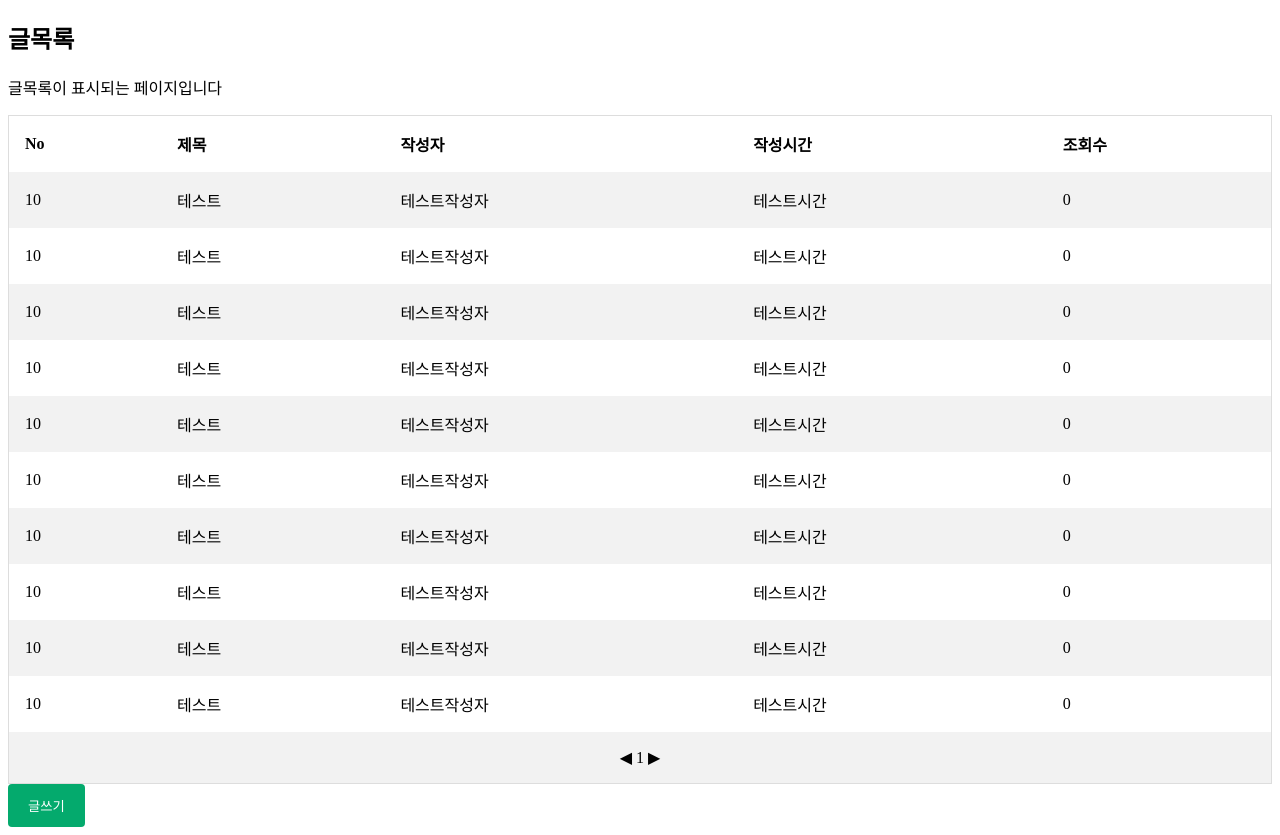
Repository: winterKim927/study_workspace_jsp
Page: http://localhost/PracticeNotice/notice/list.jsp
The author's editor kept a copy of each file at every save. The page is drawn from the files as they stood at one save, then again after the next save.
The browser window is 1280 px wide. The pictures show the whole page.
The page is served by Tomcat 9. Other server files are loaded and not shown. Queries for data that is not in the repository find no rows.

Above is the page before, as saved 2023-01-08 14:18:12.

### PracticeNotice/src/main/webapp/notice/list.jsp
<%@ page contentType="text/html; charset=utf-8"%>
<%@ page import="notice.domain.Notice" %>
<%@ page import="notice.repository.NoticeDAO" %>
<%@ page import="java.util.ArrayList"%>
<%! NoticeDAO dao = new NoticeDAO(); %>
<%
	ArrayList<Notice> list = (ArrayList)dao.selectAll();
	int totalRecord = 83;
	int pageSize = 10;
	int totalPage = (int)Math.round(totalRecord/(float)pageSize);
	int currentPage = 1;
	if(request.getParameter("currentPage")!=null){
		currentPage = Integer.parseInt(request.getParameter("currentPage"));
	}
	int blockSize = 10;
	int firstPage = currentPage - (currentPage%blockSize);
	int lastPage = firstPage + blockSize - 1;
	int curPos = (currentPage-1) * pageSize;
	int num = totalRecord - curPos;
%>
<!DOCTYPE html>
<html>
<head>
<meta name="viewport" content="width=device-width, initial-scale=1">
<style>
	table {
		border-collapse: collapse;
		border-spacing: 0;
		width: 100%;
		border: 1px solid #ddd;
	}
	th, td {
		text-align: left;
		padding: 16px;
	}
	tr:nth-child(even) {
		background-color: #f2f2f2;
	}

	a {
        text-decoration: none;
      }
  	button {
		background-color: #04AA6D;
		color: white;
		padding: 12px 20px;
		border: none;
		border-radius: 4px;
		cursor: pointer;
	}

	button:hover {
		background-color: #45a049;
	}

</style>
<script src="https://ajax.googleapis.com/ajax/libs/jquery/3.6.1/jquery.min.js"></script>
<script>


	function writeNew(){
		$("button").click(function(){
			location.href="write.html";
		});
	}

	$(function() {
		writeNew();
	})
</script>
</head>
<body>
	<h2>글목록</h2>
	<p>글목록이 표시되는 페이지입니다</p>
	<table>
		<tr>
			<th>No</th>
			<th>제목</th>
			<th>작성자</th>
			<th>작성시간</th>
			<th>조회수</th>
		</tr>
		<%for(int i = 0; i<pageSize; i++){ %>
		<tr>
			<td>10</td>
			<td>테스트</a></td>
			<td>테스트작성자</td>
			<td>테스트시간</td>
			<td>0</td>
		</tr>
		<%}%>
		<tr>
			<td colspan="5" style="text-align: center">
				<a>◀</a>
				1
				<a>▶</a>
			</td>
		</tr>
	</table>
	<button>글쓰기</button>

</body>
</html>

After the next save:
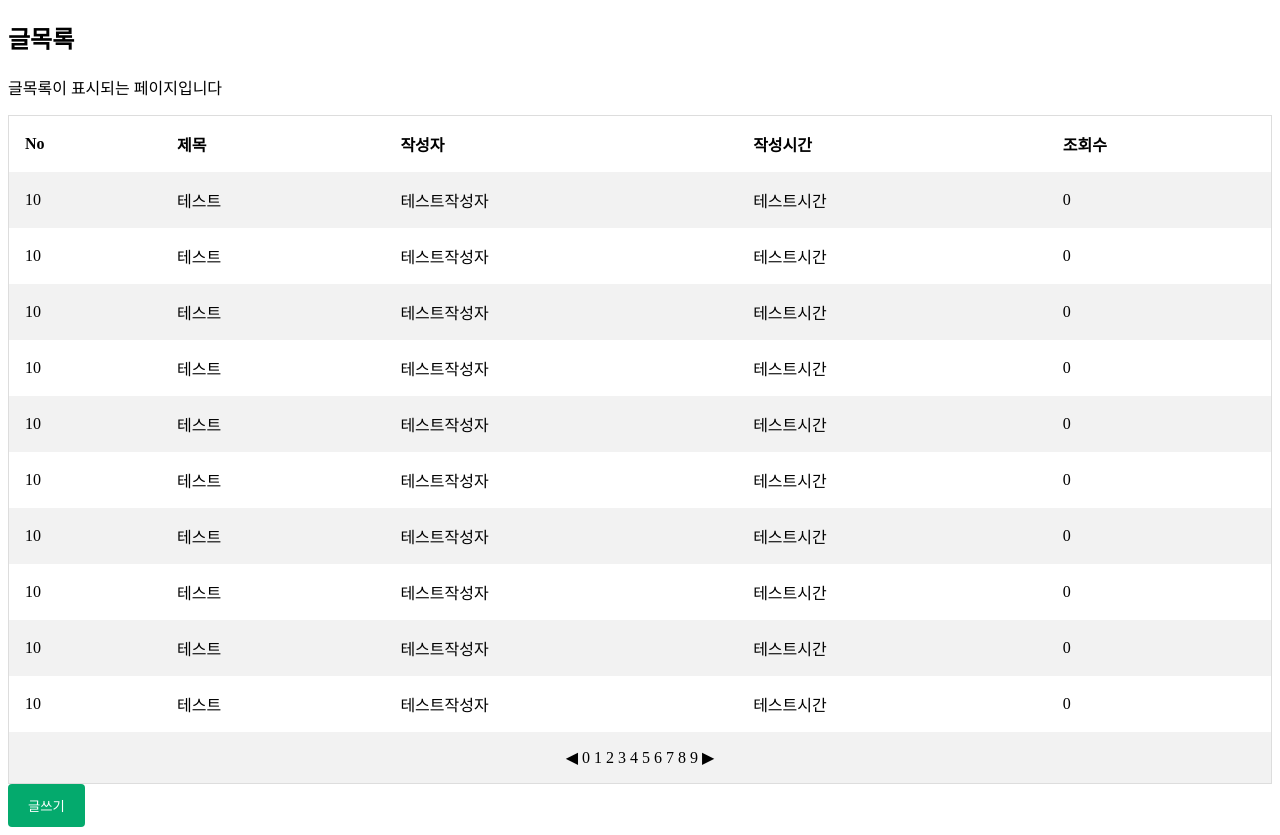
Saved 69 s later.
--- a/PracticeNotice/src/main/webapp/notice/list.jsp
+++ b/PracticeNotice/src/main/webapp/notice/list.jsp
@@ -92,7 +92,9 @@
 		<tr>
 			<td colspan="5" style="text-align: center">
 				<a>◀</a>
-				1
+				<%for(int i = firstPage; i <= lastPage; i++){%>
+				<%=i%>
+				<%}%>
 				<a>▶</a>
 			</td>
 		</tr>
